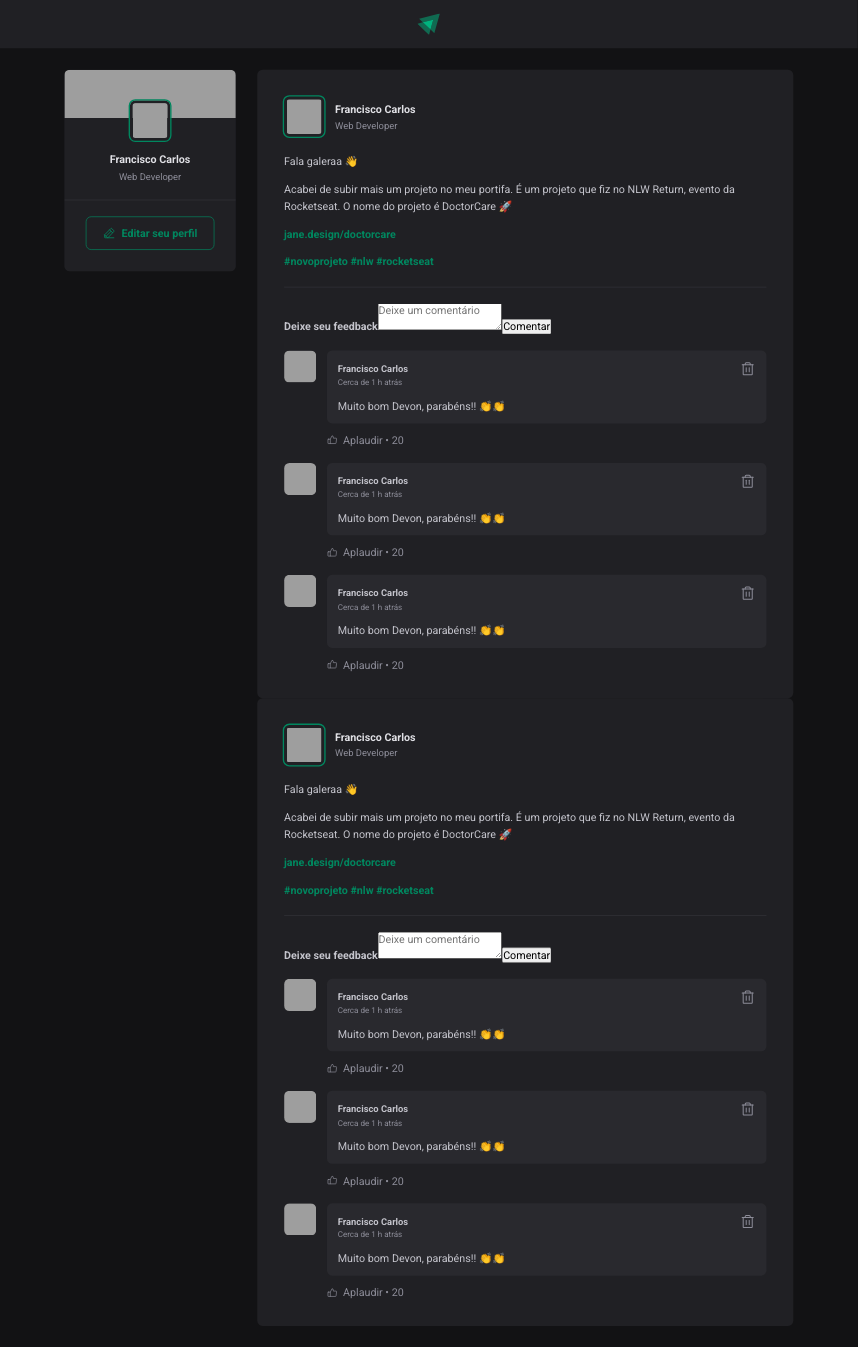
Repository: ch1coon/AulasRocketseat
Page: / (app in Ignite/aulas/01-fundamentos-reactjs/)
These files come from the project's save history. The page is drawn as it stood at one moment and after the next save; the edit follows.
The browser window is 1280 px wide. The pictures show the whole page, at 67% of full size.
Pictures or frames that could not be fetched are drawn as grey boxes. The project was rebuilt for these pictures with package versions that can differ from the ones it lists, and the page was loaded fresh each time. Also part of the build but not shown: Ignite/aulas/01-fundamentos-reactjs/vite.config.js.

Above is the page before, as saved 2023-08-12 08:54:38.

After the next save:
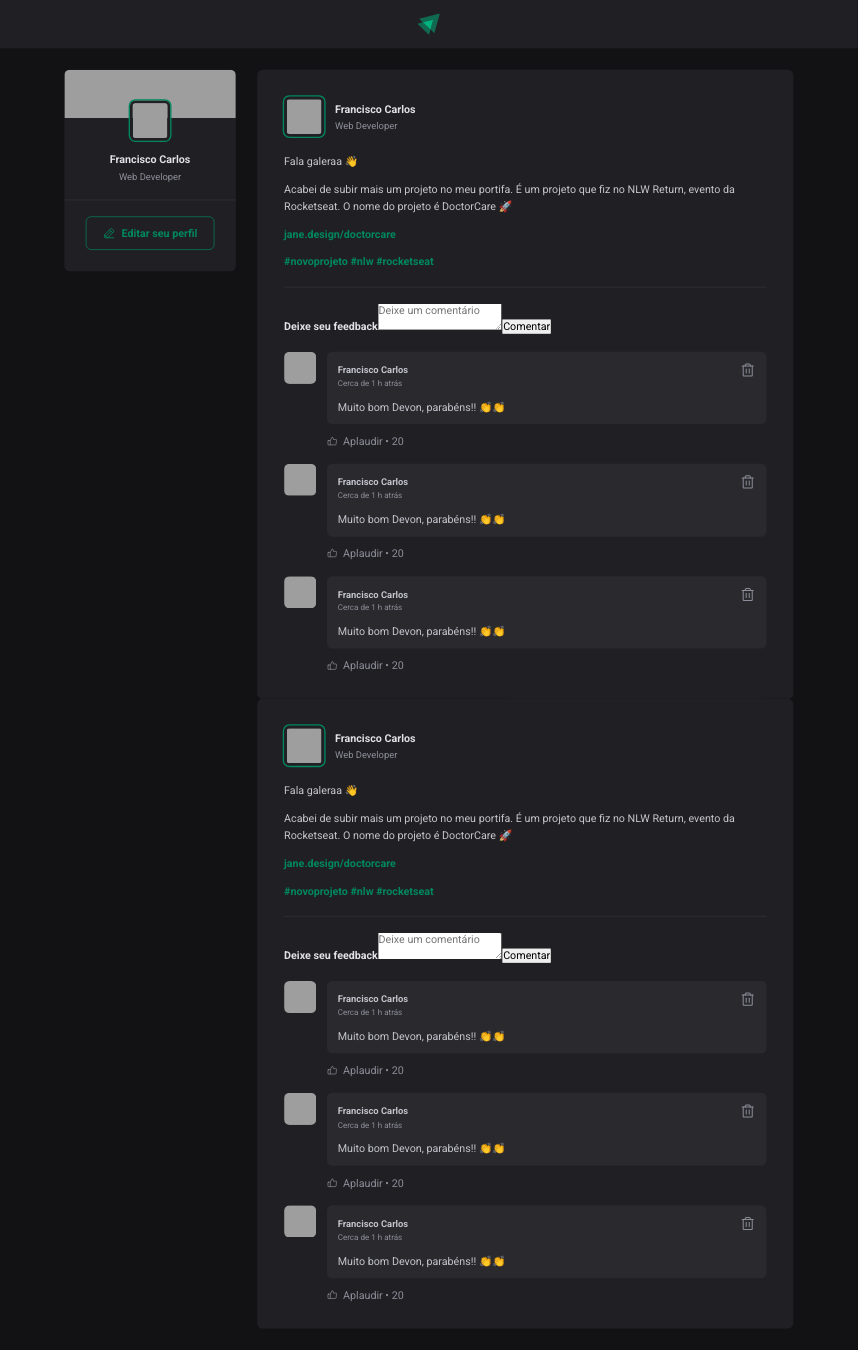
Saved 43 s later.
--- a/Ignite/aulas/01-fundamentos-reactjs/src/components/Post.module.css
+++ b/Ignite/aulas/01-fundamentos-reactjs/src/components/Post.module.css
@@ -72,3 +72,8 @@
   padding-top: 1.5rem;
   border-top: 1px solid var(--gray-600);
 }
+
+.commentForm > strong {
+  line-height: 1.6;
+  color: var(--gray-100);
+}
